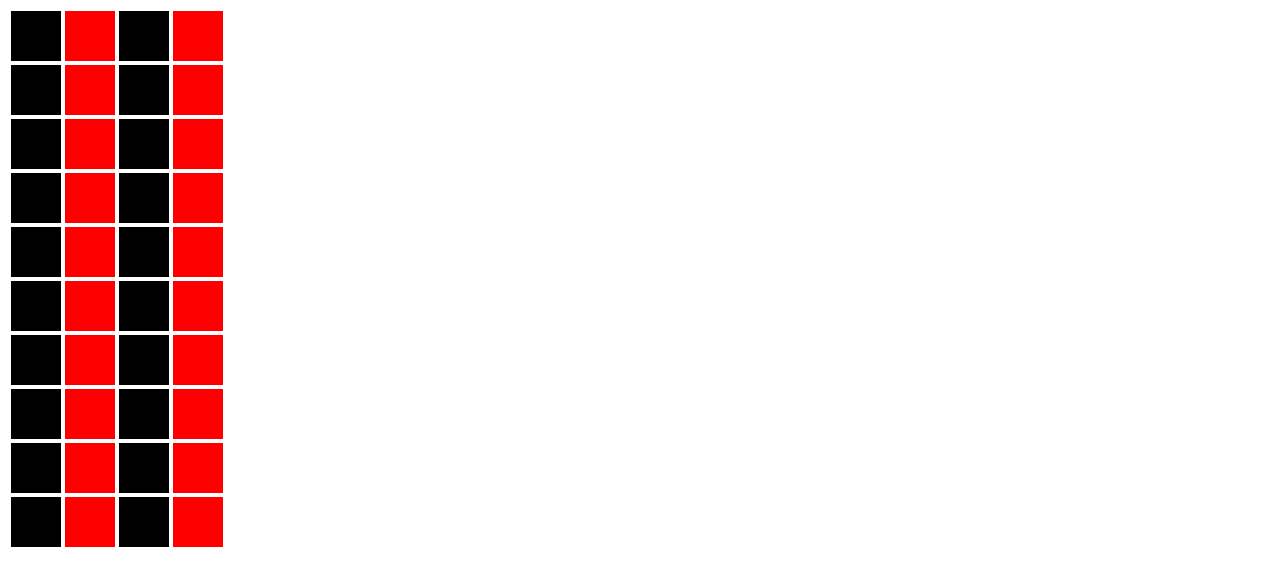
Repository: andrewjknell/JavaSpring
Page: http://localhost/CheckerBoard/NewFile.jsp
These files come from the project's save history. The page is drawn as it stood at one moment and after the next save; the edit follows.
The browser window is 1280 px wide. The pictures show the whole page.
The page is served by Tomcat 9.

Above is the page before, as saved 2019-11-01 23:18:27.

After the next save:
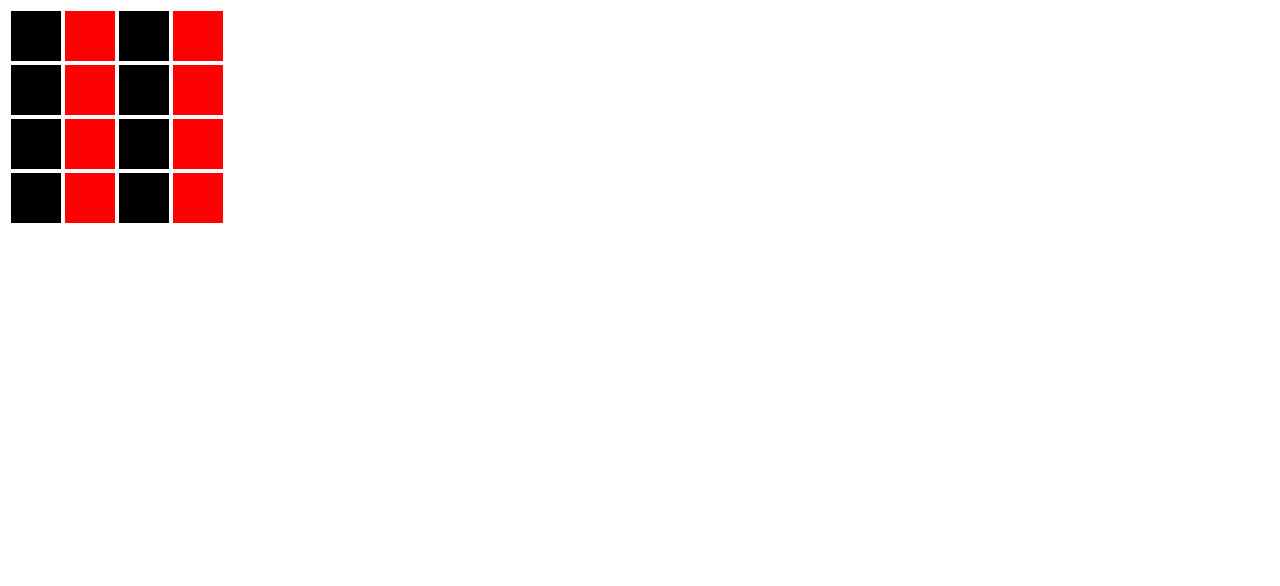
Saved 14 s later.
--- a/CheckerBoard/WebContent/NewFile.jsp
+++ b/CheckerBoard/WebContent/NewFile.jsp
@@ -10,7 +10,7 @@
 <body>
 
 	 	<table>
-	 		<% for(int red = 0; red < 10; red++){ %>
+	 		<% for(int red = 0; red < 4; red++){ %>
 	 		<tr>
 			<% for(int black = 0; black < 5/2; black++){ %>
 	 			<td><div class="black"></div></td>
